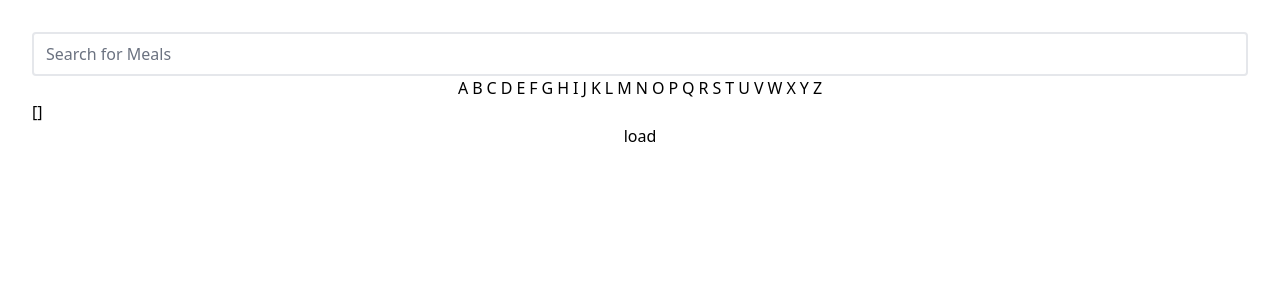
Repository: HalemX/meals
Page: /
An editor plug-in stored every save of this project. The page is shown before and after the next save, followed by the edit.
The browser window is 1280 px wide. The pictures show the whole page.
The project was rebuilt for these pictures with package versions that can differ from the ones it lists, and the page was loaded fresh each time. Also part of the build but not shown: vite.config.js, src/pages/MealsList.vue.

Above is the page before, as saved 2024-02-08 15:10:48.

After the next save:
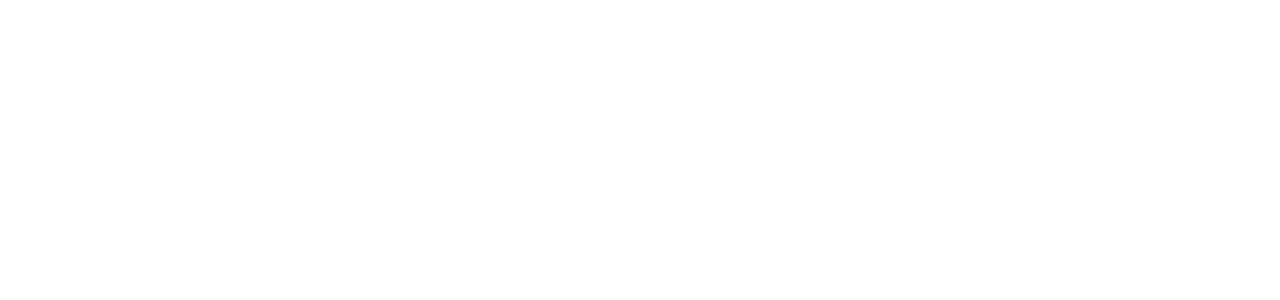
Console error: ReferenceError: mealList is not defined
Saved 32 s later.
--- a/src/pages/Home.vue
+++ b/src/pages/Home.vue
@@ -14,7 +14,7 @@
         {{ letter }}</router-link
       >
     </div>
-    <div>{{ mealList }}</div>
+    <div>{{ meals }}</div>
     <button @click="loadMeals">load</button>
   </div>
 </template>
@@ -26,7 +26,6 @@
 export default {
   setup() {
     const store = useStore();
-    const mealList = ref([]);
 
     const meals = computed(() => {
       return store.getters.getMeals;
@@ -40,7 +39,7 @@
 
     const letters = "ABCDEFGHIJKLMNOPQRSTUVWXYZ".split("");
 
-    return { letters, loadMeals, mealList };
+    return { letters, loadMeals };
   },
 };
 </script>

After the 3 saves that followed:
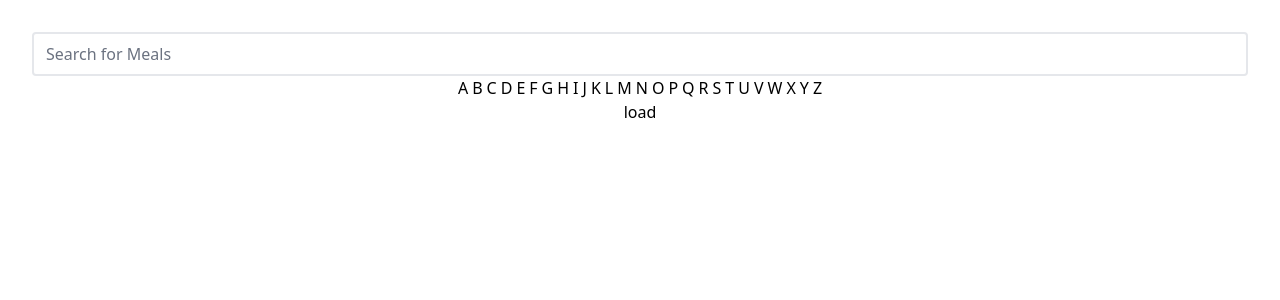
The error is gone.
The 3 saves are shown as one change because 1 did not build or start and 1 left the picture as it was.
The last was saved 20 s later.
--- a/src/pages/Home.vue
+++ b/src/pages/Home.vue
@@ -20,7 +20,7 @@
 </template>
 
 <script>
-import { computed, ref } from "vue";
+import { computed } from "vue";
 import { useStore } from "vuex";
 
 export default {
@@ -30,8 +30,6 @@
     const meals = computed(() => {
       return store.getters.getMeals;
     });
-
-    mealList.value = meals.value;
 
     function loadMeals() {
       store.dispatch("fetchMeals");
